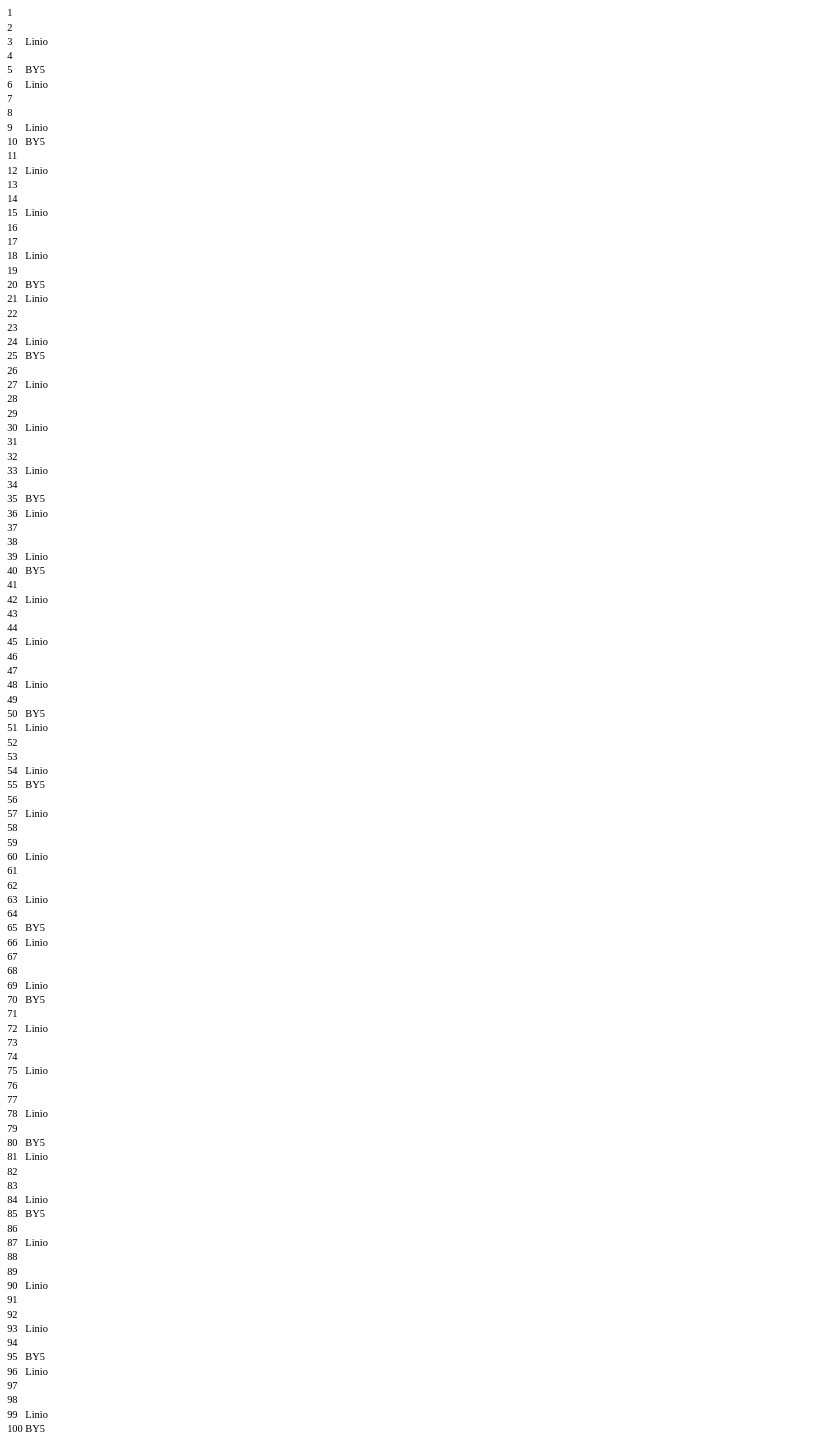
Repository: mallu266/Mallikarjun
Page: http://localhost/
The author's editor kept a copy of each file at every save. The page is drawn from the files as they stood at one save, then again after the next save.
The browser window is 1280 px wide. The pictures show the whole page, at 65% of full size.
The page is served by the project's Laravel application, run on PHP 8.4 with Laravel 8.

Above is the page before, as saved 2020-02-06 17:56:15.

After the next save:
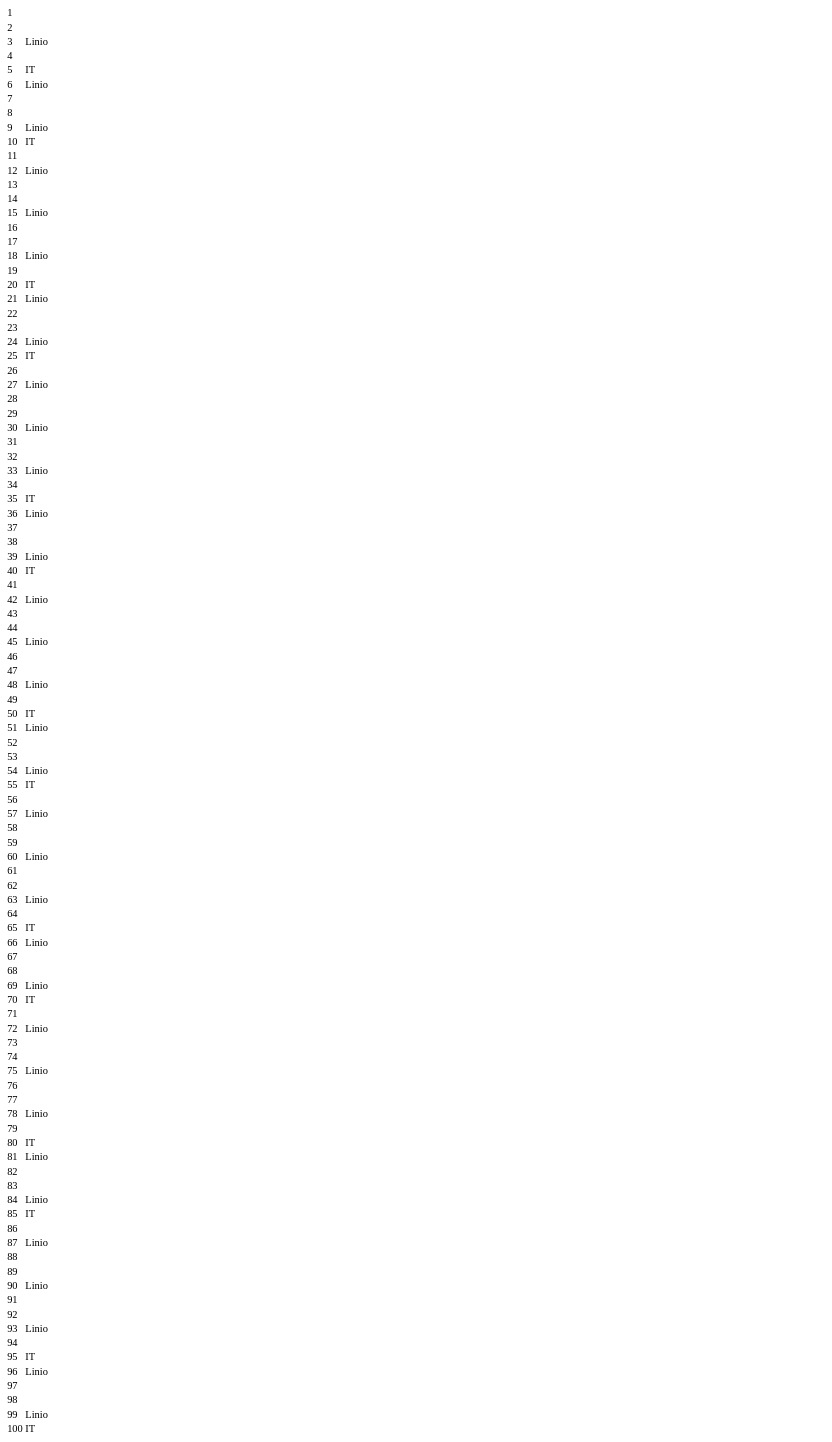
Saved 16 s later.
--- a/routes/web.php
+++ b/routes/web.php
@@ -25,7 +25,7 @@
     if($number % 3 == 0)  {
     echo "Linio";
 } elseif ($number % 5 == 0) {
-    echo "BY5";
+    echo "IT";
 } elseif ($number % 3 and 5 == 0) {
         echo "BY3 AND 5";
 }
